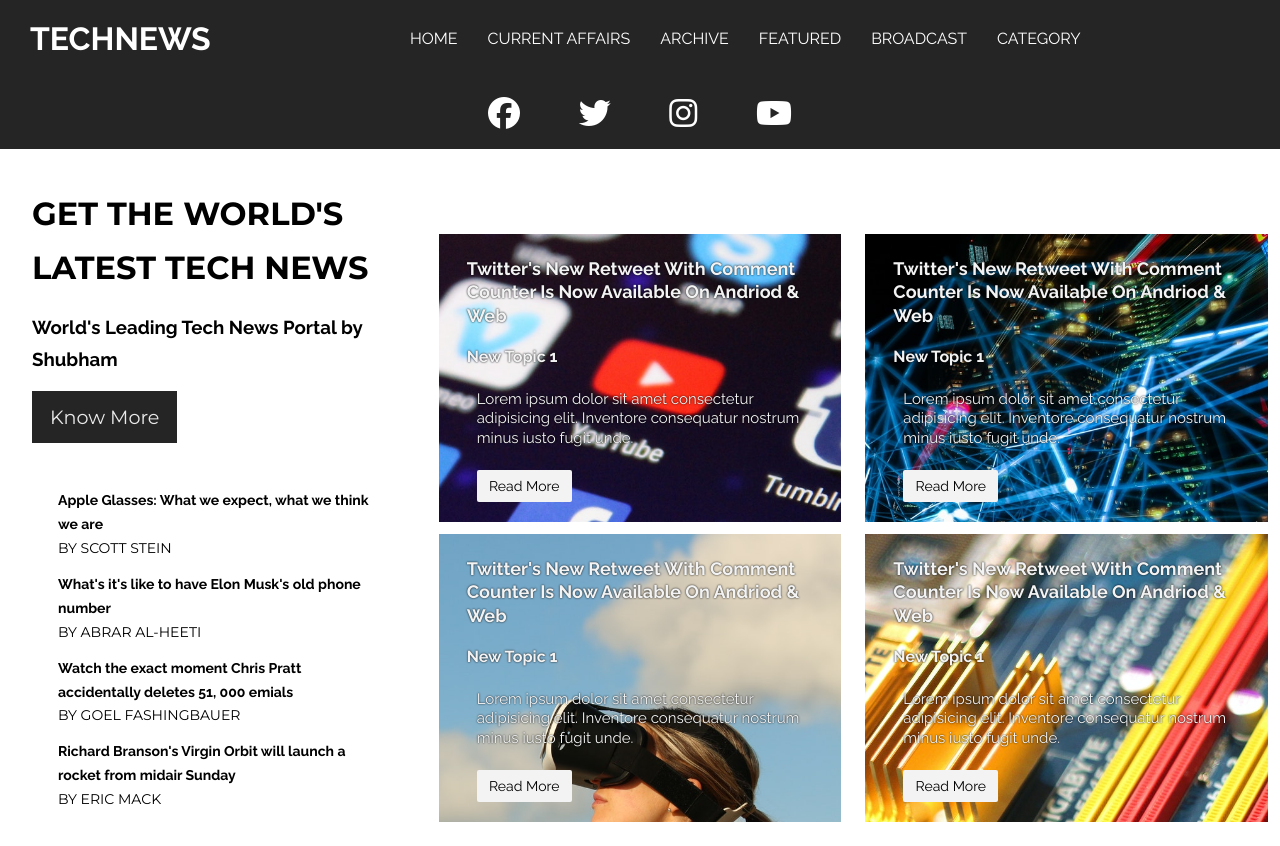
Repository: shubham71099/technews
Page: index.html
These files come from the project's save history. The page is drawn as it stood at one moment and after the next save; the edit follows.
The browser window is 1280 px wide. The pictures show the part of the page from y = 0 to 846 px (the page is 2210 px tall before and 2186 px after).
A picture or video elsewhere on the page could not be fetched, so the positions and the page height are approximate. Some web libraries are served in a nearby version.

Above is the page before, as saved 2021-06-02 21:10:15.

### index.html
<!DOCTYPE html>
<html class="no-js">
  <head>
    <meta charset="utf-8" />
    <meta http-equiv="X-UA-Compatible" content="IE=edge" />
    <title>Shubham Jha</title>
    <meta name="description" content="" />
    <meta name="viewport" content="width=device-width, initial-scale=1" />
    <link rel="stylesheet" href="main.css" />
    <!-- google fonts -->
    <link
      href="https://fonts.googleapis.com/css2?family=Montserrat:wght@400;500;600;700&family=Raleway:wght@300;400;500;700;900&display=swap"
      rel="stylesheet"
    />
    <!-- fontawesome -->
    <script
      src="https://kit.fontawesome.com/dbed6b6114.js"
      crossorigin="anonymous"
    ></script>
  </head>
  <body>
    <!-- header -->
    <header>
      <div class="navigation-container">
        <div class="top-head">
          <div class="web-name">
            <h1>TECHNEWS</h1>
          </div>

          <div class="ham-btn">
            <span>
              <i class="fas fa-bars"></i>
            </span>
          </div>

          <div class="times-btn">
            <span>
              <i class="fas fa-times"></i>
            </span>
          </div>
        </div>

        <!-- nav bar -->

        <div class="nav-bar" id="nav-bar">
          <nav>
            <ul>
              <li><a href="#">home</a></li>
              <li><a href="#">current affairs</a></li>
              <li><a href="#">archive</a></li>
              <li><a href="#">featured</a></li>
              <li><a href="#">broadcast</a></li>
              <li><a href="#">category</a></li>
            </ul>
          </nav>
        </div>

        <!--social icons -->
        <div class="social-icons">
          <ul>
            <li>
              <a href="#"><i class="fab fa-facebook"></i></a>
            </li>
            <li>
              <a href="https://twitter.com/shubham071099"
                ><i class="fab fa-twitter"></i
              ></a>
            </li>
            <li>
              <a href="https://www.instagram.com/shubham71099"
                ><i class="fab fa-instagram"></i
              ></a>
            </li>
            <li>
              <a href="https://www.youtube.com/channel/UC7M93Yw7vALL9M7KNUvX48Q"
                ><i class="fab fa-youtube"></i
              ></a>
            </li>
          </ul>
        </div>
      </div>
    </header>

    <section class="banner">
      <div class="banner-main-content">
        <h2>GET THE WORLD'S LATEST TECH NEWS</h2>
        <h3>World's Leading Tech News Portal by Shubham</h3>

        <button>
          <a href="#">Know More</a>
        </button>

        <div class="current-news-head">
          <h3>
            Apple Glasses: What we expect, what we think we are
            <span>by scott stein</span>
          </h3>

          <h3>
            What's it's like to have Elon Musk's old phone number
            <span>by abrar al-heeti</span>
          </h3>

          <h3>
            Watch the exact moment Chris Pratt accidentally deletes 51, 000
            emials <span>by goel fashingbauer</span>
          </h3>

          <h3>
            Richard Branson's Virgin Orbit will launch a rocket from midair
            Sunday <span>by eric mack</span>
          </h3>
        </div>
      </div>

      <div class="banner-sub-content">
        <div class="hot-topic">
          <img src="images/banner-news-1.jpg" alt="" />

          <div class="hot-topic-content">
            <h2>
              Twitter's New Retweet With Comment Counter Is Now Available On
              Andriod & Web
            </h2>

            <h3>New Topic 1</h3>
            <p>
              Lorem ipsum dolor sit amet consectetur adipisicing elit. Inventore
              consequatur nostrum minus iusto fugit unde.
            </p>
            <a href="#">Read More</a>
          </div>
        </div>

        <div class="hot-topic">
          <img src="images/banner-news-2.jpg" alt="" />

          <div class="hot-topic-content">
            <h2>
              Twitter's New Retweet With Comment Counter Is Now Available On
              Andriod & Web
            </h2>

            <h3>New Topic 1</h3>
            <p>
              Lorem ipsum dolor sit amet consectetur adipisicing elit. Inventore
              consequatur nostrum minus iusto fugit unde.
            </p>
            <a href="#">Read More</a>
          </div>
        </div>

        <div class="hot-topic">
          <img src="images/banner-news-3.jpg" alt="" />

          <div class="hot-topic-content">
            <h2>
              Twitter's New Retweet With Comment Counter Is Now Available On
              Andriod & Web
            </h2>

            <h3>New Topic 1</h3>
            <p>
              Lorem ipsum dolor sit amet consectetur adipisicing elit. Inventore
              consequatur nostrum minus iusto fugit unde.
            </p>
            <a href="#">Read More</a>
          </div>
        </div>

        <div class="hot-topic">
          <img src="images/banner-news-4.jpg" alt="" />

          <div class="hot-topic-content">
            <h2>
              Twitter's New Retweet With Comment Counter Is Now Available On
              Andriod & Web
            </h2>

            <h3>New Topic 1</h3>
            <p>
              Lorem ipsum dolor sit amet consectetur adipisicing elit. Inventore
              consequatur nostrum minus iusto fugit unde.
            </p>
            <a href="#">Read More</a>
          </div>
        </div>
      </div>
    </section>

    <hr />

    <main>
      <section class="main-container-left">
        <h2>Top Stories</h2>
        <div class="container-top-left">
          <article>
            <img src="images/top-left.jpg" />

            <div>
              <h3>Best Used Cars Under $20, 000 for families</h3>

              <p>
                Lorem ipsum dolor sit amet consectetur adipisicing elit.
                Blanditiis ea sint, nisi rem earum fugit? Facere veritatis
                sapiente eveniet quibusdam.
              </p>

              <a href="#">Read More <span>>></span></a>
            </div>
          </article>
        </div>

        <div class="container-bottom-left">
          <article>
            <img src="images/bottom-left-1.jpg" />
            <div>
              <h3>Best smart speakers for the year</h3>
              <p>
                Lorem ipsum dolor sit, amet consectetur adipisicing elit.
                Commodi iure modi animi cupiditate. Explicabo, nihil?
              </p>

              <a href="#">Read More <span>>></span></a>
            </div>
          </article>

          <article>
            <img src="images/bottom-left-2.jpg" />
            <div>
              <h3>
                iPad Pro, reviewed: Has the iPad become my main computer now?
              </h3>
              <p>
                Lorem ipsum dolor sit, amet consectetur adipisicing elit.
                Commodi iure modi animi cupiditate. Explicabo, nihil?
              </p>

              <a href="#">Read More <span>>></span></a>
            </div>
          </article>
        </div>
      </section>

      <section class="main-container-right">
        <h2>Latest Stories</h2>

        <article>
          <h4>just in</h4>
          <div>
            <h2>
              Here's how to track your stimulus check with the IRS Get My
              Payment Portal
            </h2>

            <p>
              Lorem ipsum dolor sit amet consectetur adipisicing elit. Id,
              repellendus?
            </p>

            <a href="#">Read More <span>>></span></a>
          </div>
          <img src="images/right-1.jpg" />
        </article>

        <article>
          <h4>just in</h4>
          <div>
            <h2>The best outdoor games to play with your family</h2>

            <p>
              Lorem ipsum dolor sit amet consectetur adipisicing elit. Id,
              repellendus?
            </p>

            <a href="#">Read More <span>>></span></a>
          </div>
          <img src="images/right-2.jpg" />
        </article>

        <article>
          <h4>just in</h4>
          <div>
            <h2>
              Why walk? Check out the best electric scooters and e-bikes for
              2020
            </h2>

            <p>
              Lorem ipsum dolor sit amet consectetur adipisicing elit. Id,
              repellendus?
            </p>

            <a href="#">Read More <span>>></span></a>
          </div>
          <img src="images/right-3.jpg" />
        </article>

        <article>
          <h4>just in</h4>
          <div>
            <h2>
              Disneyland Paris will stream its Lion King stage show Friday night
            </h2>

            <p>
              Lorem ipsum dolor sit amet consectetur adipisicing elit. Id,
              repellendus?
            </p>

            <a href="#">Read More <span>>></span></a>
          </div>
          <img src="images/right-4.jpg" />
        </article>

        <article>
          <h4>just in</h4>
          <div>
            <h2>
              Looking at a phone's lock screen also requries a warrant, judge
              rules
            </h2>

            <p>
              Lorem ipsum dolor sit amet consectetur adipisicing elit. Id,
              repellendus?
            </p>

            <a href="#">Read More <span>>></span></a>
          </div>
          <img src="images/right-5.jpg" />
        </article>
      </section>
    </main>

    <footer>
      <div class="footer-container">
        <div class="footer-left">
          <h2>TECHNEWS</h2>
          <p>
            Lorem ipsum dolor sit amet consectetur adipisicing elit. Consequatur
            molestias aut blanditiis totam quia enim, autem tenetur cum facere,
            fugit beatae at voluptas ipsum perferendis!
          </p>
        </div>

        <div class="footer-right">
          <h2>Newletter</h2>
          <p>
            Lorem ipsum dolor sit amet consectetur, adipisicing elit. Provident,
            autem!
          </p>

          <div>
            <input type="text" placeholder="Email Address" />
            <i class="fas fa-envelope"></i>
          </div>
        </div>
      </div>

      <p>Copyright &copy; 2021 All rights reserved | Shubham Jha</p>
    </footer>

    <script src="script.js" async defer></script>
  </body>
</html>

### main.css
/*

font-family: 'Montserrat', sans-serif;
font-family: 'Raleway', sans-serif;

*/

*{
    box-sizing: border-box;
    padding: 0;
    margin: 0;
}

:root{
    --heading: 'Montserrat', sans-serif;
}

body{
    font-family: 'Raleway', sans-serif;
    background: #fff;
}

/* global styling */

img{
    width: 100%;
}
ul{
    list-style: none;
}

a{
    text-decoration: none;
    color: #000;
}

hr{
    width: 95vw;
    margin: 0 auto;
}

/* header */

.top-head{
    display: flex;
    justify-content: space-between;
    align-items: center;
    margin: 0 auto;
    background: #252525;
    color: #fff;
    padding: 20px 30px;
}

.top-head .fas{
    font-size: 2rem;
    cursor: pointer;
}

/******* js related styling *****/

.times-btn{
    display: none;
}

.nav-bar{
    background: #333;
    height: 0;
    overflow: hidden;
}

.show-nav{
    height: auto;
}

/********************/

.nav-bar ul li{
    text-align: center;
    display: block;
    padding: 15px 0;
    transition: all 1s ease-in-out;
}

.nav-bar ul li:hover{
    background: #0e0e0e;
}

.nav-bar ul li a{
    color: #fff;
    text-transform: uppercase;
}

.nav-bar ul li a:hover{
    text-decoration: underline;
}

/* social -icons */

.social-icons{
    display: none;
}

/* banner */

.banner{
    min-height: auto;
    display: grid;
    grid-template-columns: 1fr;
    align-items: center;
    padding: 30px 0;
    margin-top: 8px;
}

.banner-main-content{
    padding: 0 2rem;
    line-height: 1.7;
}

.banner-main-content h2{
    font-size: 2rem;
    font-family: var(--heading);
}

.banner-main-content h3{
    padding: 1rem 0;
}

.banner-main-content button{
    border: none;
    background: #252525;
    padding: 14px 18px;
    font-size: 1.2rem;
    font-family: 'Montserrat', sans-serif;
    transition: background 1s ease;
}

.banner-main-content button a{
    color: #f3f3f3f3;
    transition: color 1s ease;
}

.banner-main-content button:hover{
    background: #fff;
}

.banner-main-content button:hover a{
    color: #0d0a0b;
}


.current-news-head{
    background: #fff;
    padding: 20px;
    font-size: 12px;
    margin: 20px 0;
}

.current-news-head h3{
    padding: 6px;
    cursor: pointer;
    position: relative;
}

.current-news-head h3:hover::before{
    content: ">> ";
    position: absolute;
    left: -12px;
}

.current-news-head span{
    display: block;
    font-family: var(--heading);
    font-weight: 300;
    text-transform: uppercase;
}

.hot-topic{
    overflow: hidden;
    position: relative;
    width: 100%;
    padding: 12px;
    height: 300px;
}

.hot-topic img{
    display: block;
}

.hot-topic-content{
    position: absolute;
    bottom: 0;
    left: 20px;
    right: 20px;
    padding: 10px 20px;
    line-height: 1.3;
    color: #f3f3f3;
}

.hot-topic h2{
    padding: 10px 0;
    font-size: 18px;
    text-shadow: 0 0 2px #000;
}

.hot-topic h3{
    padding: 10px 0;
    font-size: 16px;
    text-shadow: 0 0 2px #000;
}

.hot-topic p{
    padding: 10px 0;
    font-size: 15px;
    text-shadow: 0 0 2px #000;
    padding: 12px 10px;
}

.hot-topic-content a{
    display: block;
    background: #f3f3f3;
    border: none;
    width: 95px;
    border-radius: 2px;
    text-align: center;
    padding: 7px 10px;
    font-size: 14px;
    margin: 10px 0 10px 10px;
}

.hot-topic-content a:hover{
    text-decoration: underline;
}

/** main ***/

main a{
    padding: 15px 0;
    display: block;
    transition: all 0.5s;
}

main span{
    transition: padding-left 0.5s;
}

main a:hover span{
    padding-left: 5px;
}

main a:hover{
    color: #7ac64d;
}

/* main container left */

.main-container-left{
    padding: 30px 10px;
}

.main-container-left > h2{
    padding: 15px 0 15px 30px;
}

.main-container-left h3{
    padding: 10px 0;
    font-size: 18px;
    font-family: var(--heading);
}

.main-container-left p{
    font-size: 15px;
    font-weight: 300;
}

.main-container-left article{
    padding: 10px;
}

.container-top-left{
    padding: 15px 30px;
}

.container-bottom-left{
    background: #f3f3f3;
    margin: 15px 30px;
}

/*** main container right */

.main-container-right{
    padding: 30px 10px;
}

.main-container-right > h2{
    padding: 15px 0 15px 30px;
}

.main-container-right article{
    display: grid;
    grid-template-columns: 1fr 3fr 1fr;
    padding: 15px 0;
    border-bottom: 1px solid #7ac64d;
}

.main-container-right article:last-child{
    border-bottom: none;
}

.main-container-right img{
    width: 100px;
    height: 100px;
    align-self: center;
}

.main-container-right h4{
    text-align: center;
    text-transform: uppercase;
    font-weight: 300;
    font-size: 12px;
    align-self: center;
}

.main-container-right article h2{
    font-size: 18px;
    padding: 10px 0;
    font-family: var(--heading);
}

.main-container-right article p{
    font-size: 15px;
    font-weight: 300;
}

.main-container-right article div{
    margin-right: 10px;
}


/****** footer *****/

footer{
    background: #252525;
    color: #f3f3f3;
    padding: 30px;
}

footer h2{
    padding: 10px 0;
}

footer p{
    padding: 10px 0;
    line-height: 1.3;
}

.footer-left,
.footer-right{
    margin: 0 20px;
}

footer > p{
    text-align: center;
    opacity: 0.8;
    margin-top: 20px;
}

.footer-right i{
    font-size: 1.8rem;
    color: #808080;
}

.footer-right input{
    font-size: 18px;
    border: none;
    background: transparent;
    outline: none;
    color: #808080;
    padding-right: 10px;
    width: 100%;
}

.footer-right div{
    display: flex;
    align-items: center;
    justify-content: start;
    width: 200px;
    padding: 10px 0;
    border-bottom: 1.6px solid #808080;
}



@media(max-width: 460px){
    .hot-topic-content h2{
        font-size: 16px;
    }

    .main-container-right article{
        display: block;
    }

    .main-container-right article img{
        display: none;
    }


}

@media(max-width: 500px){
    .main-container-right article{
        grid-template-columns: 1fr 3fr;
        grid-template-rows: 1fr 1fr;
    }

    .main-container-right article h4{
        grid-row: 1/2;
        grid-column: 1/2;
        align-self: flex-start;
    }

    .main-container-right article img{
        grid-row: 2/3;
        grid-column: 1/2;
    }

    .main-container-right article div{
        grid-row: 1/3;
        grid-column: 2/3;
    }
}


@media(min-width: 768px){
    .banner-sub-content{
        display: grid;
        grid-template-columns: repeat(2, 1fr);
    }

    .container-bottom-left{
        display: grid;
        grid-template-columns: repeat(2, 1fr);
    }

}


@media(min-width: 800px){
    /* nav */
    .ham-btn, .times-btn{
        display: none!important;
    }

    .navigation-container{
        display: flex;
        background: #252525;
        align-items: center;
        flex-wrap: wrap;
    }

    .top-head{
        flex: 0 0 15%;
    }

    .nav-bar{
        flex: 1 0 auto;
        height: 100%;
        background: transparent;
    }

    .nav-bar nav ul{
        display: flex;
        justify-content: center;
    }
    .nav-bar nav ul li{
        padding-right: 30px;
    }

    .nav-bar nav ul li:hover{
        background: none;
    }

    /* social icons */
    .social-icons{
        flex: 0 1 30%;
        display: block;
        margin: 0 auto;
    }

    .social-icons .fab{
        color: #fff;
        font-size: 2rem;
    }
    .social-icons ul{
        display: flex;
        justify-content: space-between;
        padding: 0 20px;
    }
    .social-icons ul li{
        padding: 20px;
    }

    .footer-container{
        display: flex;
    }

    .footer-right,
    .footer-left{
        flex: 1;
    }
}

@media(min-width: 992px){
    main{
        display: grid;
        grid-template-columns: repeat(2, 1fr);
    }
}

@media(min-width: 1080px){
    .banner{
        grid-template-columns: 1fr 2fr;
    }
}

### script.js


const btnHam = document.querySelector('.ham-btn');
const btnTimes = document.querySelector('.times-btn');
const navBar = document.getElementById('nav-bar');

btnHam.addEventListener('click', function(){
    if(btnHam.className !== ""){
        btnHam.style.display = "none";
        btnTimes.style.display = "block";
        navBar.classList.add("show-nav");
    }
})

btnTimes.addEventListener('click', function(){
    if(btnHam.className !== ""){
        this.style.display = "none";
        btnHam.style.display = "block";
        navBar.classList.remove("show-nav");
    }
})

After the next save:
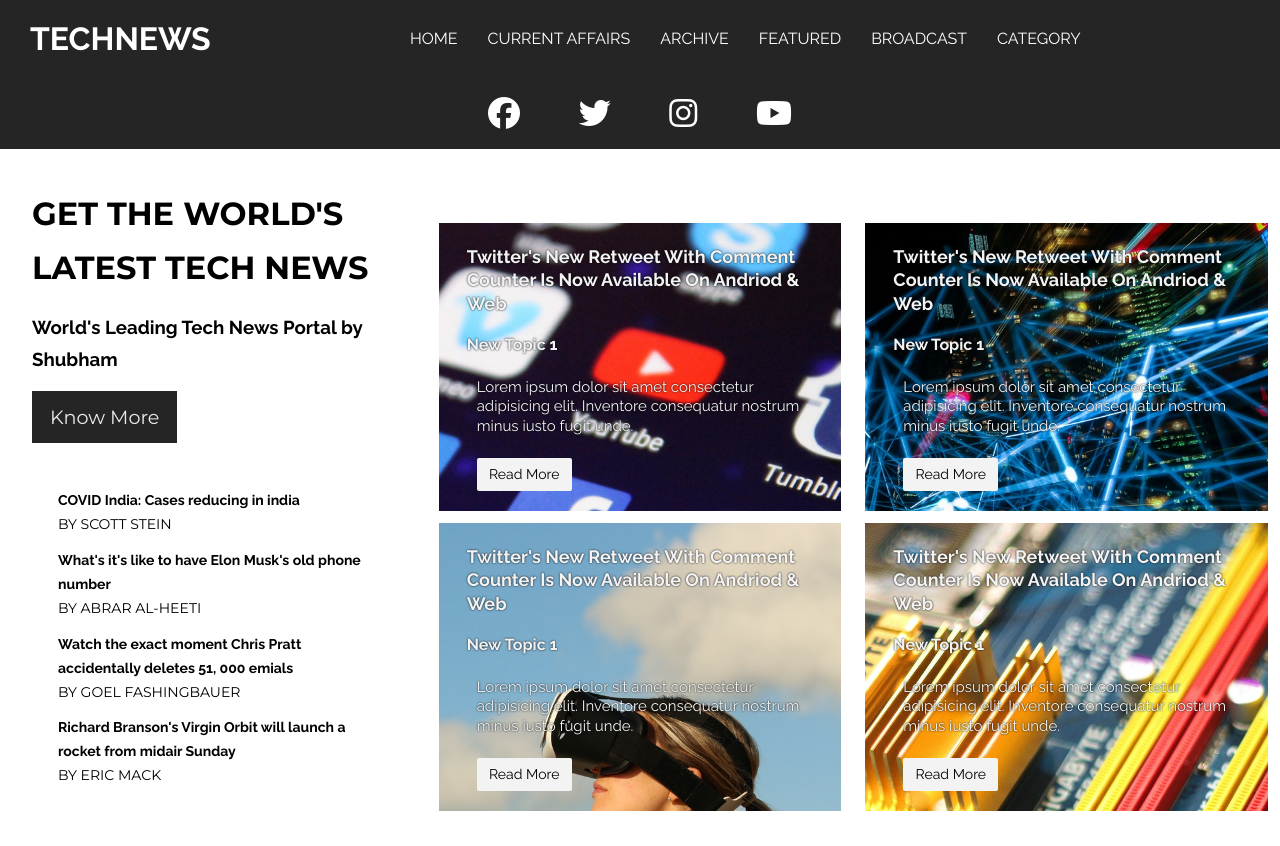
Saved 55 s later.
--- a/index.html
+++ b/index.html
@@ -92,7 +92,7 @@
 
         <div class="current-news-head">
           <h3>
-            Apple Glasses: What we expect, what we think we are
+            COVID India: Cases reducing in india
             <span>by scott stein</span>
           </h3>
 
